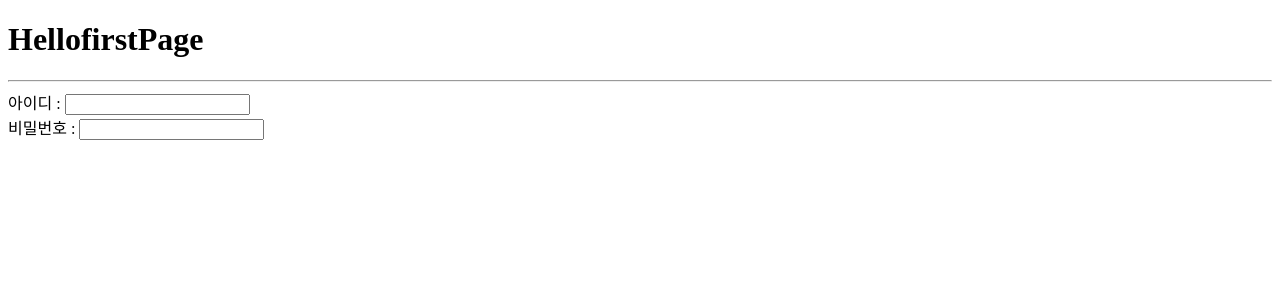
Repository: papepopopy/javascript
Page: jspStudy/jspStudy/webjsp/src/main/webapp/HellofirstPage.html
An editor plug-in stored every save of this project. The page is shown before and after the next save, followed by the edit.
The browser window is 1280 px wide. The pictures show the whole page.

Above is the page before, as saved 2024-06-26 01:55:11.

After the next save:
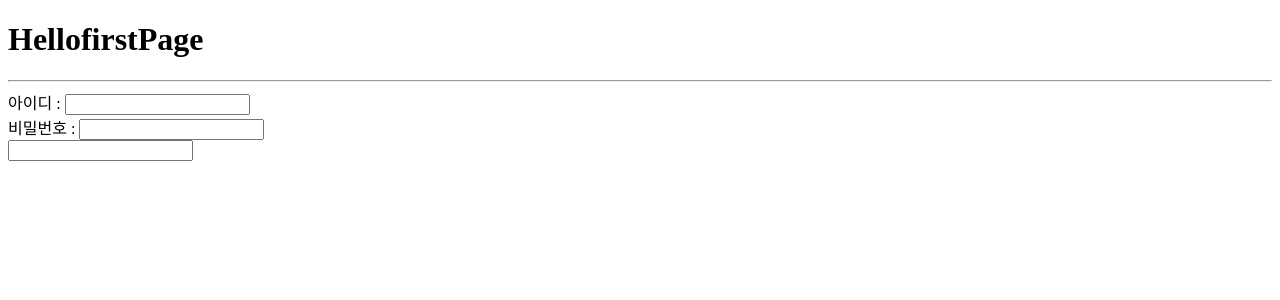
Saved 22 s later.
--- a/jspStudy/jspStudy/webjsp/src/main/webapp/HellofirstPage.html
+++ b/jspStudy/jspStudy/webjsp/src/main/webapp/HellofirstPage.html
@@ -17,6 +17,10 @@
 	    	<label>비밀번호 : </label>
 	    	<input type="password" name="user_pw" class="">
     	</div>
+    	<div>
+    	<div>
+    	<input></div>
+    	</div>
     </form>
 </body>
 </html>
